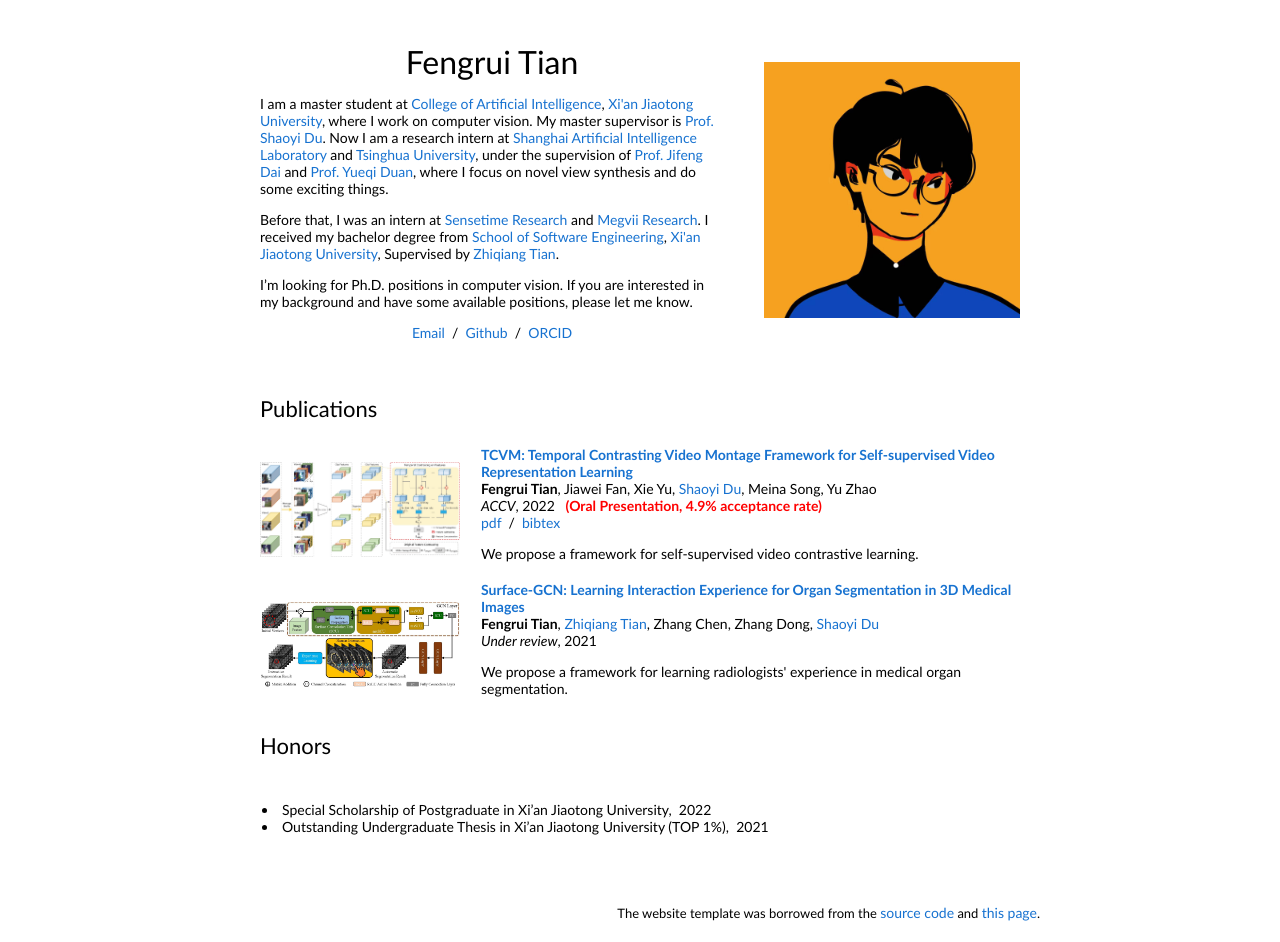
Repository: tianfr/tianfr.github.io
Page: index.html
These files come from the project's save history. The page is drawn as it stood at one moment and after the next save; the edit follows.
The browser window is 1280 px wide. The pictures show the whole page.

Above is the page before, as saved 2022-11-20 16:15:36.

After the next save:
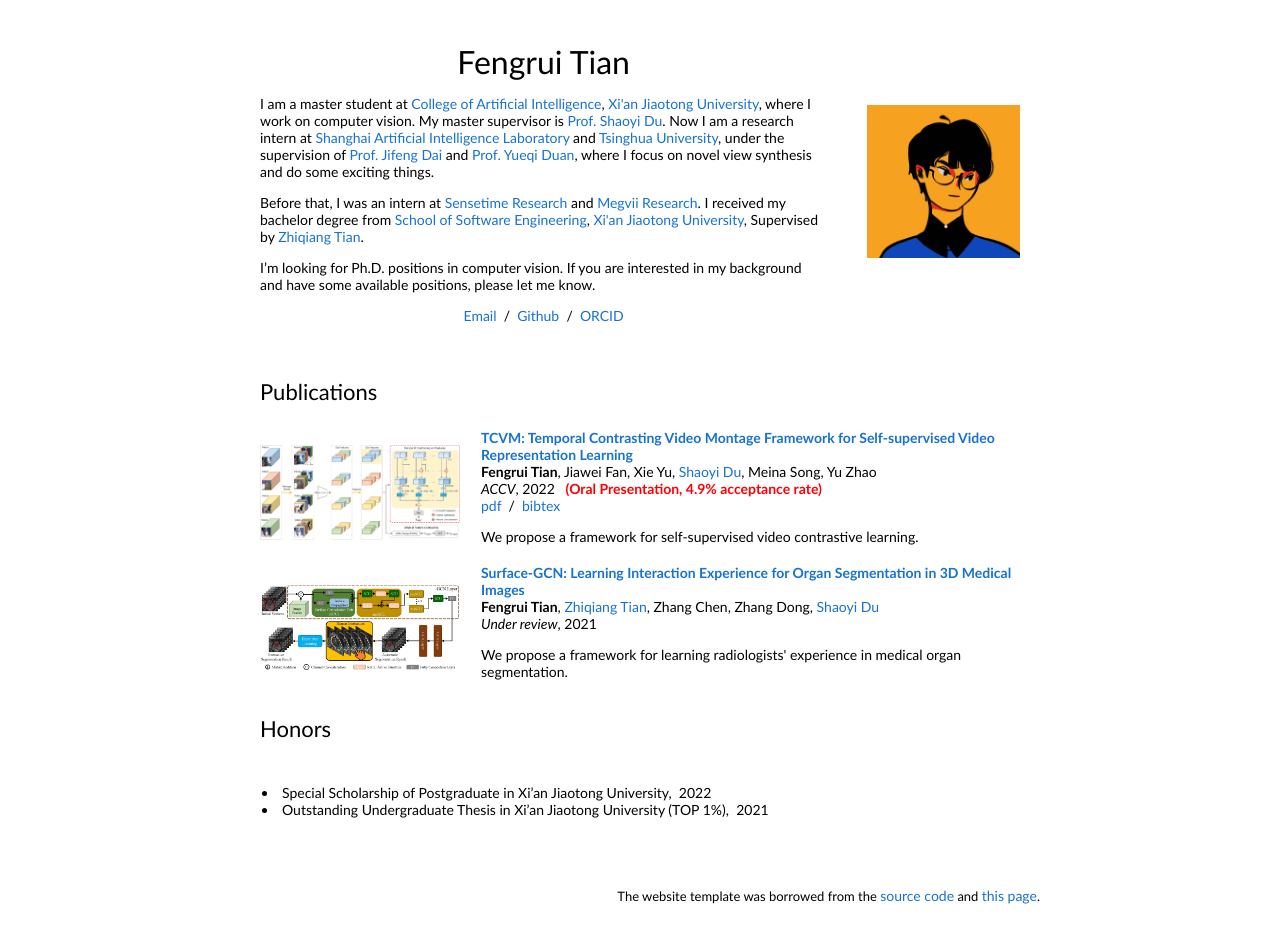
Saved 7 s later.
--- a/index.html
+++ b/index.html
@@ -40,7 +40,7 @@
                 <a href="https://orcid.org/0000-0002-9577-5276">ORCID</a>
               </p>
             </td>
-            <td style="padding:2.5%;width:40%;max-width:40%">
+            <td style="padding:2.5%;width:40%;max-width:20%">
               <a href="images/Fengrui_Tian_avatar.jpg"><img style="width:100%;max-width:100%" alt="profile photo" src="images/Fengrui_Tian_avatar.jpg" class="hoverZoomLink"></a>
             </td>
           </tr>
